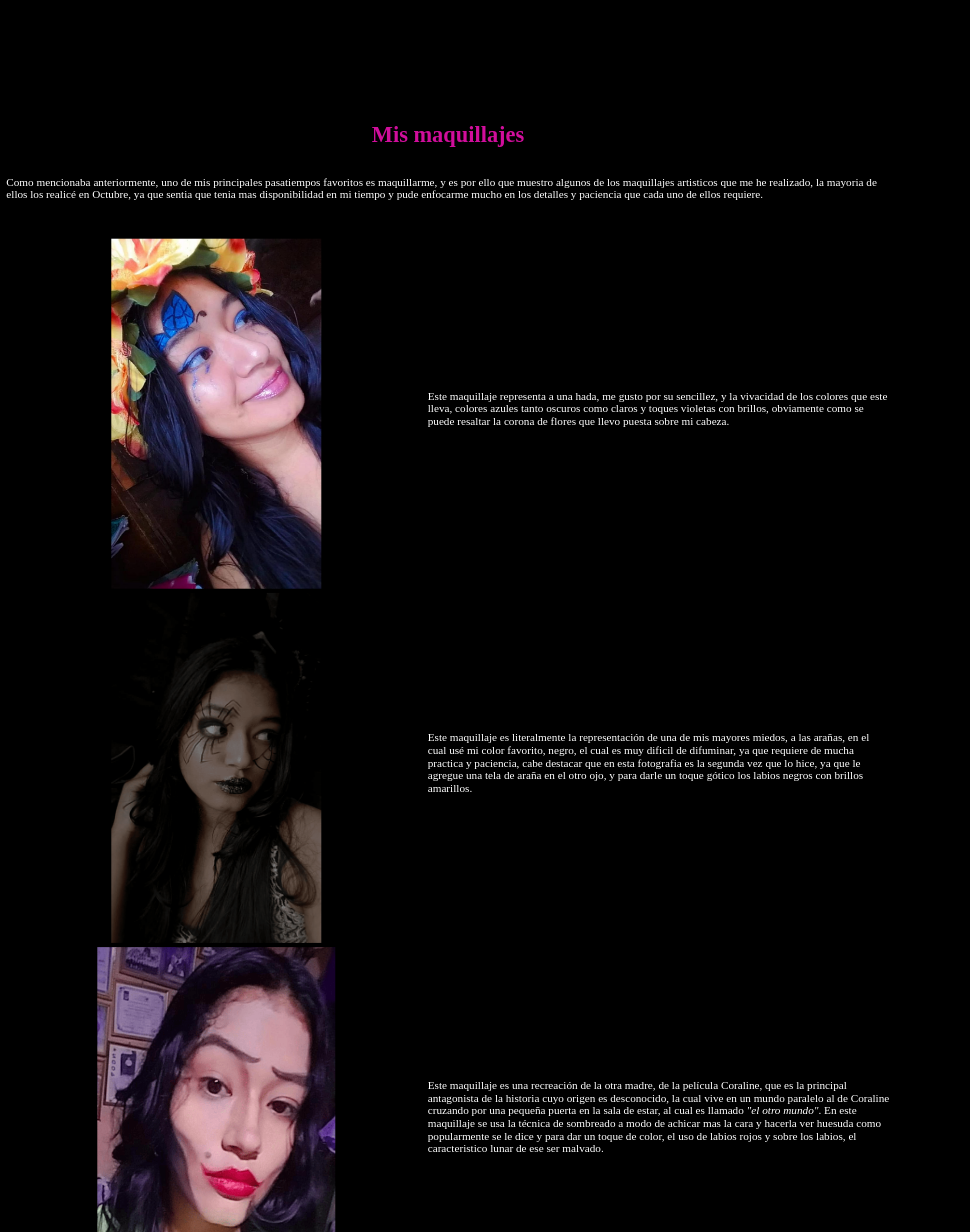
Repository: darlyn-saravia27/portafolio-darlynsaravia
Page: archivoshtml/maquillaje.html
These files come from the project's save history. The page is drawn as it stood at one moment and after the next save; the edit follows.
The browser window is 1280 px wide. The page is 1280 px wide, then 1385 px, so the pictures cover 1385 px, including what lies to the right of the window. The pictures show the part of the page from y = 0 to 1760 px (the page is 4908 px tall before and 4896 px after), at 70% of full size.

Above is the page before, as saved 2023-03-07 22:58:13.

After the next save:
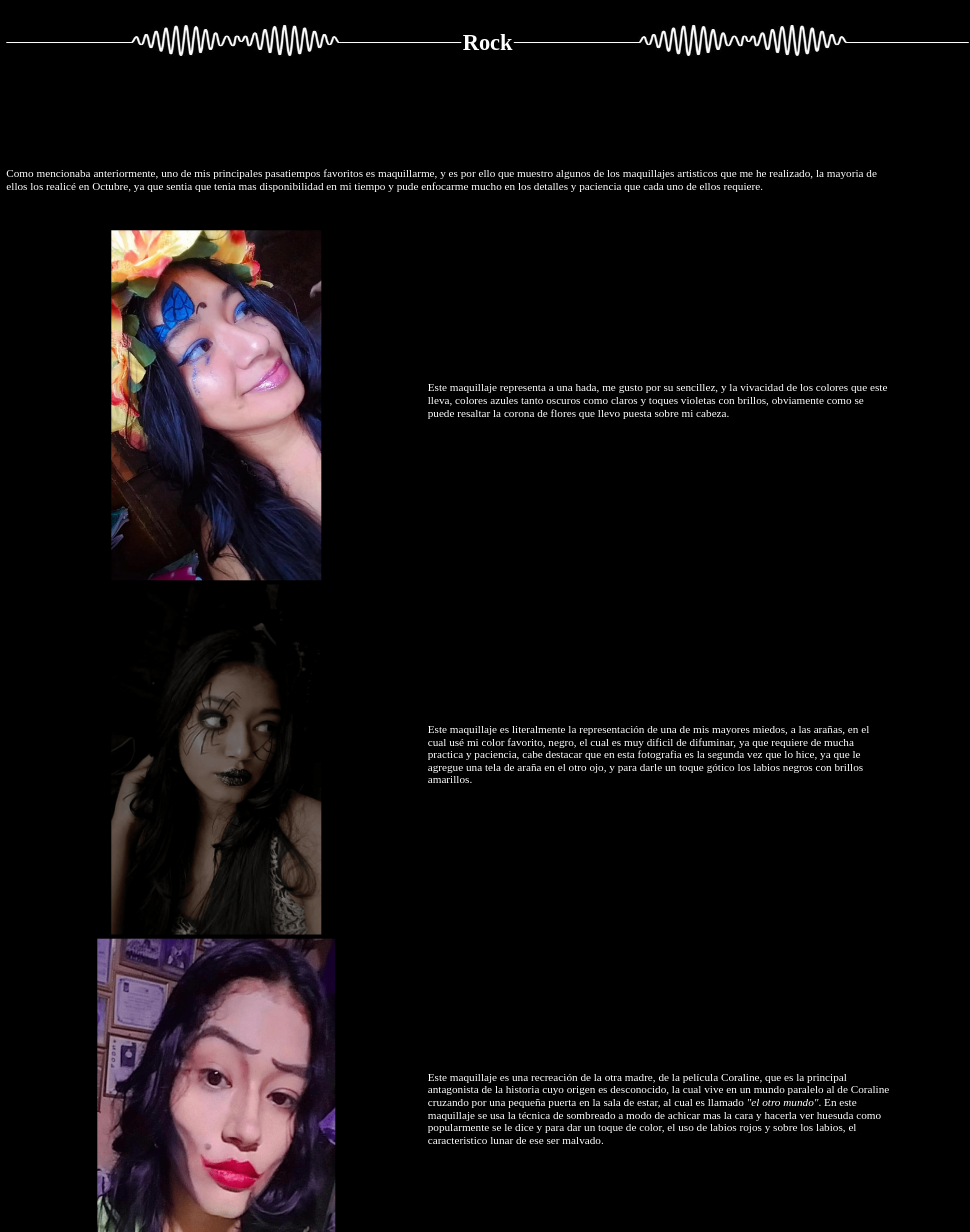
Saved 5 h 14 min later.
--- a/archivoshtml/maquillaje.html
+++ b/archivoshtml/maquillaje.html
@@ -8,13 +8,19 @@
 </head>
 <body bgcolor="black">
     <table align="center" cellspacing="0" width="100%">
-        <tr>
-            <td align="center" colspan="2">
-                <h1><font color="D10E9C">Mis maquillajes</font></h1>
+        <tr bgcolor="black">
+            <td>
+                <img src="_ (6).png" width="650px" height="100">
             </td>
-            <br>
-            <br>
+            <td>
+                <h1><font color="white">Rock</font></h1>
+            </td>
+            <td>
+                <img src="_ (6).png" width="650px" height="100px">
+            </td>
         </tr>
+    </table>
+    <table align="center" cellspacing="0" width="100%">
         <tr>
             <td colspan="2">
                 <p><font color="white">Como mencionaba anteriormente, uno de mis principales pasatiempos favoritos es maquillarme,
